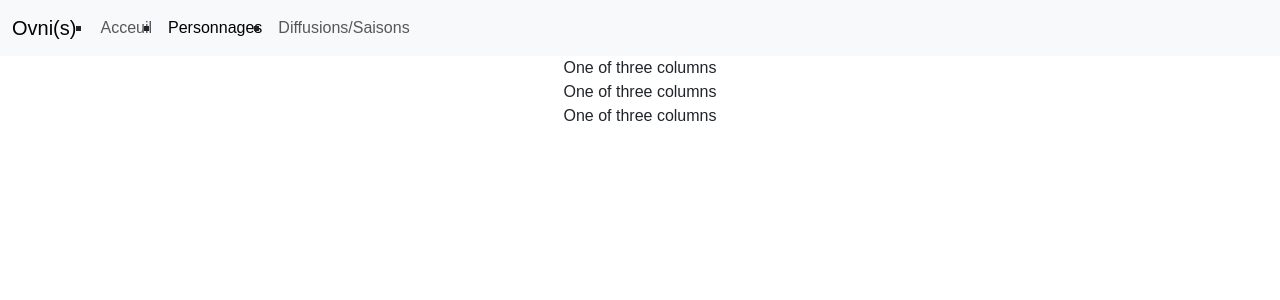
Repository: Timazoy/Site_ovni_tp
Page: perso.html
An editor plug-in stored every save of this project. The page is shown before and after the next save, followed by the edit.
The browser window is 1280 px wide. The pictures show the whole page.
Some web fonts or font styles are not loaded; a fallback is used.

Above is the page before, as saved 2025-12-16 13:49:55.

### perso.html
<!doctype html>
<html lang="fr">

<head>
    <meta charset="utf-8">
    <meta name="viewport" content="width=device-width, initial-scale=1">
    <title>Acceuil</title>
    <link href="https://cdn.jsdelivr.net/npm/bootstrap@5.3.8/dist/css/bootstrap.min.css" rel="stylesheet"
        integrity="sha384-sRIl4kxILFvY47J16cr9ZwB07vP4J8+LH7qKQnuqkuIAvNWLzeN8tE5YBujZqJLB" crossorigin="anonymous">
    <link rel="preconnect" href="https://fonts.googleapis.com">
    <link rel="preconnect" href="https://fonts.gstatic.com" crossorigin>
    <link href="https://fonts.googleapis.com/css2?family=Oxanium:wght@200..800&display=swap" rel="stylesheet">
    <link rel="stylesheet" href="styles.css">
</head>

<body>


    <nav class="navbar navbar-expand-lg bg-body-tertiary">
        <div class="container-fluid">
            <a class="navbar-brand" href="./index.html">Ovni(s)</a>
            <button class="navbar-toggler" type="button" data-bs-toggle="collapse"
                data-bs-target="#navbarSupportedContent" aria-controls="navbarSupportedContent" aria-expanded="false"
                aria-label="Toggle navigation">
                <span class="navbar-toggler-icon"></span>
            </button>
            <div class="collapse navbar-collapse" id="navbarSupportedContent">
                <ul class="navbar-nav me-auto mb-2 mb-lg-0">
                    <li class="nav-item">
                        <a class="nav-link" aria-current="page" href="./index.html">Acceuil</a>
                    </li>
                    <li class="nav-item">
                        <a class="nav-link active" href="./perso.html">Personnages</a>
                    </li>
                    <li class="nav-item">
                        <a class="nav-link" href="./saisons.html">Diffusions/Saisons</a>
                    </li>
                </ul>
            </div>
        </div>
    </nav>


<div class="container text-center">
  <div class="row align-items-start">
    <div class="col">
      One of three columns
    </div>
    <div class="col-15">
      One of three columns
    </div>
    <div class="col">
      One of three columns
    </div>
  </div>
</div>



    <script src="https://cdn.jsdelivr.net/npm/bootstrap@5.3.8/dist/js/bootstrap.bundle.min.js"
        integrity="sha384-FKyoEForCGlyvwx9Hj09JcYn3nv7wiPVlz7YYwJrWVcXK/BmnVDxM+D2scQbITxI"
        crossorigin="anonymous"></script>
</body>

</html>

### styles.css
/*<weight>: Use a value from 200 to 800
<uniquifier>: Use a unique and descriptive class name*/

body {
  font-family: "Oxanium", sans-serif;
  font-optical-sizing: auto;
  font-weight: 400;
  font-style: normal;
}

li {
  list-style:square ;
}

After the next save:
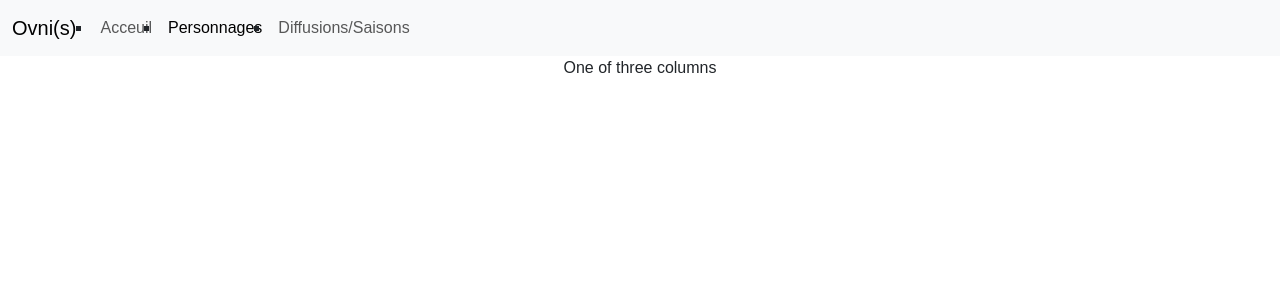
Saved 100 s later.
--- a/perso.html
+++ b/perso.html
@@ -41,19 +41,23 @@
     </nav>
 
 
+
+
 <div class="container text-center">
-  <div class="row align-items-start">
+  <div class="row">
     <div class="col">
-      One of three columns
+      <!--Fait pour mettre du contenue dans la colonne de milieu-->
     </div>
     <div class="col-15">
       One of three columns
     </div>
     <div class="col">
-      One of three columns
+      <!--Fait pour mettre du contenue dans la colonne de milieu-->
     </div>
   </div>
 </div>
+
+
 
 
 
